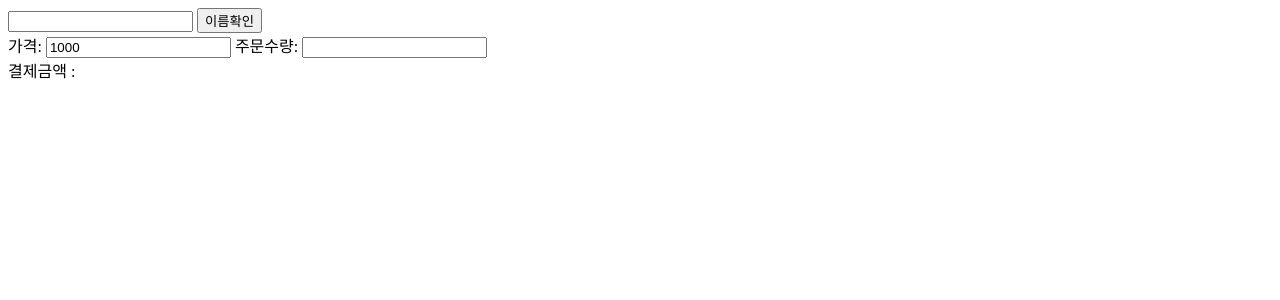
Repository: HmDol/Spring_study
Page: http://localhost/project1/Eventjsp.jsp
These files come from the project's save history. The page is drawn as it stood at one moment and after the next save; the edit follows.
The browser window is 1280 px wide. The pictures show the whole page.
The page is served by Tomcat 10. Other server files are loaded and not shown.

Above is the page before, as saved 2023-09-06 02:48:02.

### project1/src/main/webapp/Eventjsp.jsp
<%@ page language="java" contentType="text/html; charset=EUC-KR"
    pageEncoding="EUC-KR"%>
<!DOCTYPE html>
<html>
<head>
<meta charset="EUC-KR">
<title>Insert title here</title>
</head>
<script>
window.onload = () => {
//초기화
	alert('윈도우 로드됨');
}
const a = () => {
	alert("당신의 이름은 "+f.t1.value+"입니다.");
}
const b = () => {
	alert("결제금액은 " + (f.t2.value * f.t3.value) + "원 입니다.");
	let span = document.getElementById("res");
	span.innerHTML = (f.t2.value * f.t3.value) + "원 입니다.";
}
</script>

<body>
<form action="" name="f">
<input type="text" name="t1">
<input type="button" nmae="b1" value="이름확인" onclick="a()"><br>
가격: <input type="text" name="t2" value="1000" readonly>
주문수량: <input type="number" name="t3" onchange="b()" ><br>
결제금액 : <span id="res"></span><br>

</form>

</body>
</html>

After the next save:
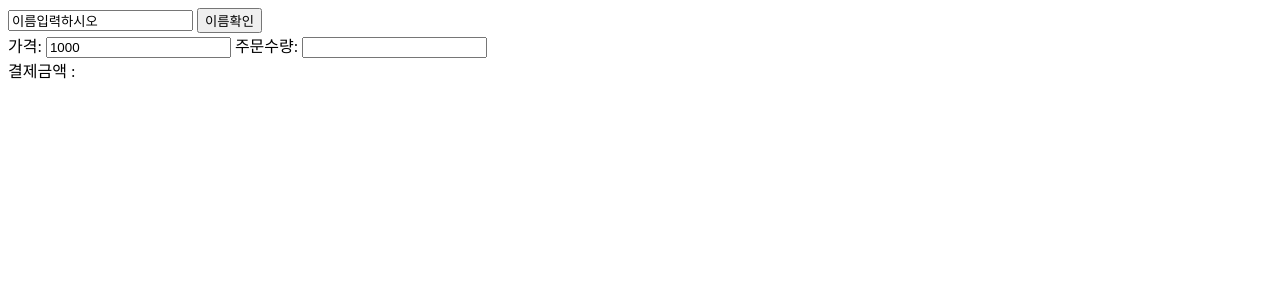
Saved 64 s later.
--- a/project1/src/main/webapp/Eventjsp.jsp
+++ b/project1/src/main/webapp/Eventjsp.jsp
@@ -15,7 +15,7 @@ const a = () => {
 	alert("당신의 이름은 "+f.t1.value+"입니다.");
 }
 const b = () => {
-	alert("결제금액은 " + (f.t2.value * f.t3.value) + "원 입니다.");
+	//alert("결제금액은 " + (f.t2.value * f.t3.value) + "원 입니다.");
 	let span = document.getElementById("res");
 	span.innerHTML = (f.t2.value * f.t3.value) + "원 입니다.";
 }
@@ -23,7 +23,7 @@ const b = () => {
 
 <body>
 <form action="" name="f">
-<input type="text" name="t1">
+<input type="text" name="t1" value="이름입력하시오" onfocus="c()">
 <input type="button" nmae="b1" value="이름확인" onclick="a()"><br>
 가격: <input type="text" name="t2" value="1000" readonly>
 주문수량: <input type="number" name="t3" onchange="b()" ><br>
